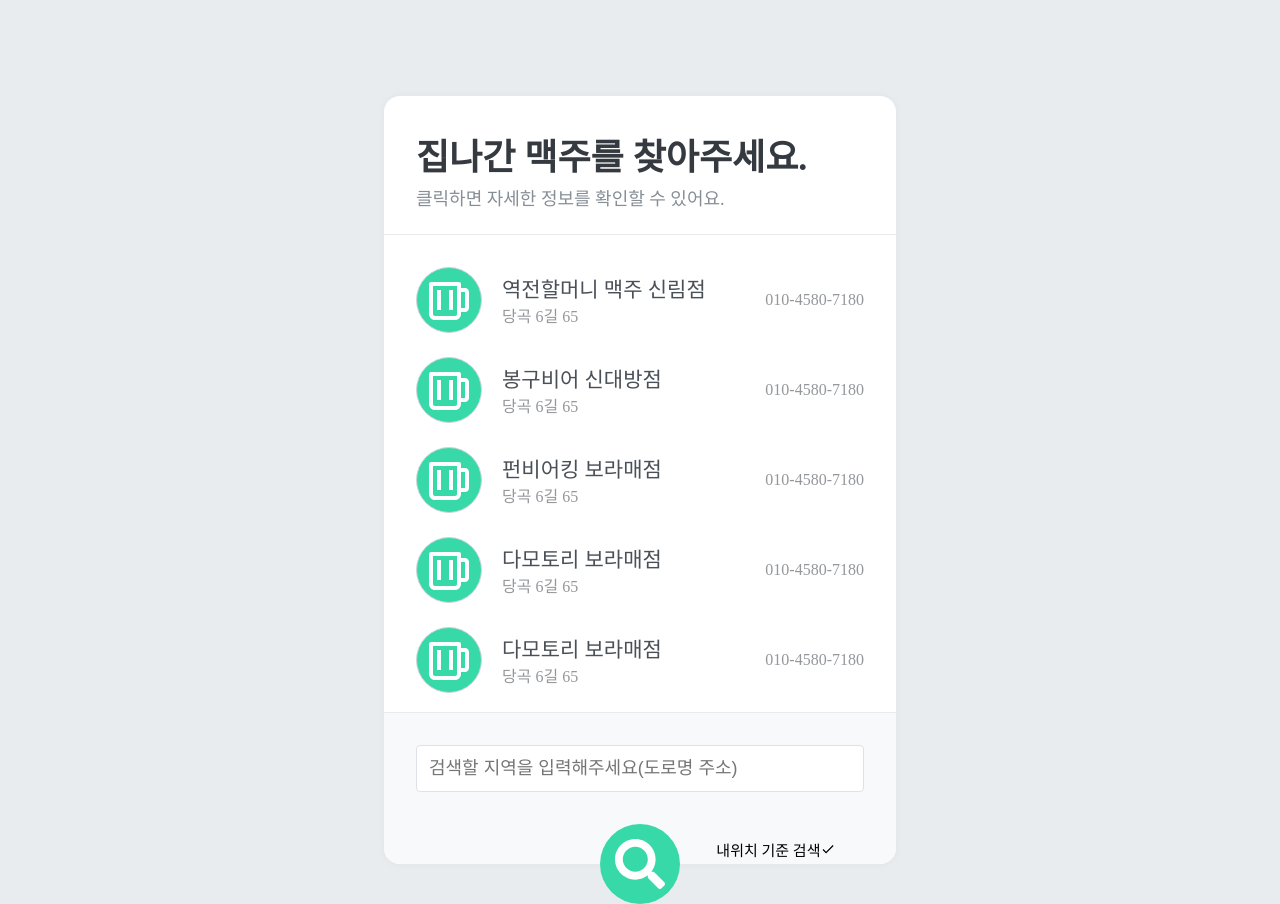
Repository: THE-SOPT-WEB/kimNamjun
Page: / (app in week4/bring-my-beer/)
An editor plug-in stored every save of this project. The page is shown before and after a run of saves, followed by the edit.
The browser window is 1280 px wide. The pictures show the whole page.
An inner scrolling area shows only its first screen. The project was rebuilt for these pictures with package versions that can differ from the ones it lists, and the page was loaded fresh each time.

Above is the page before, as saved 2022-05-13 02:09:17.

After the next 3 saves:
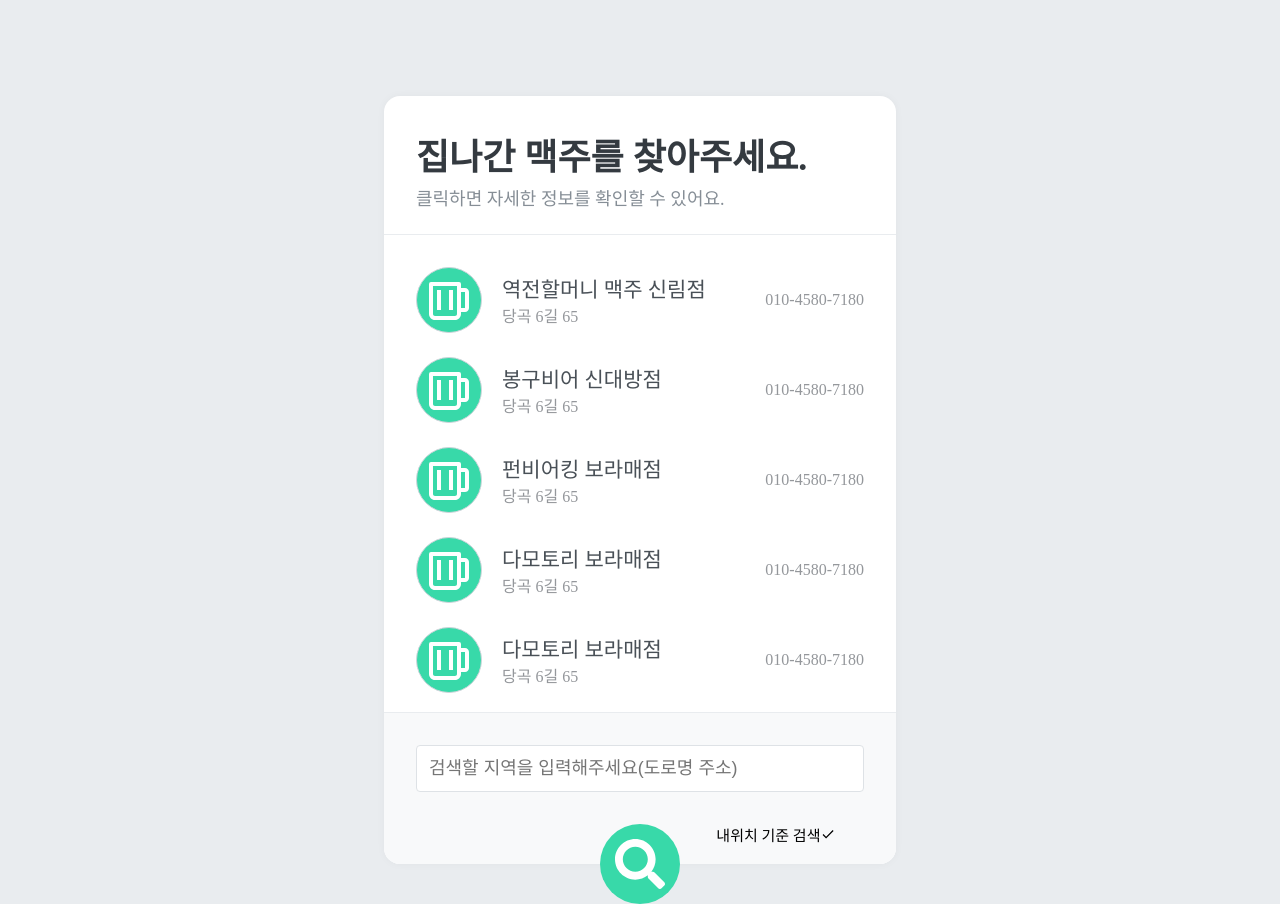
The 3 saves are shown as one change because they came seconds apart.
The last was saved 14 s later.
--- a/week4/bring-my-beer/src/components/Search.jsx
+++ b/week4/bring-my-beer/src/components/Search.jsx
@@ -66,7 +66,7 @@ const CheckBox = styled.div`
   font-size: 15px;
   position: absolute;
   right: 1px;
-  bottom: 15px;
+  bottom: 30px;
   transform: translate(-50%, 50%);
   border-radius: 50%;
   border: none;
